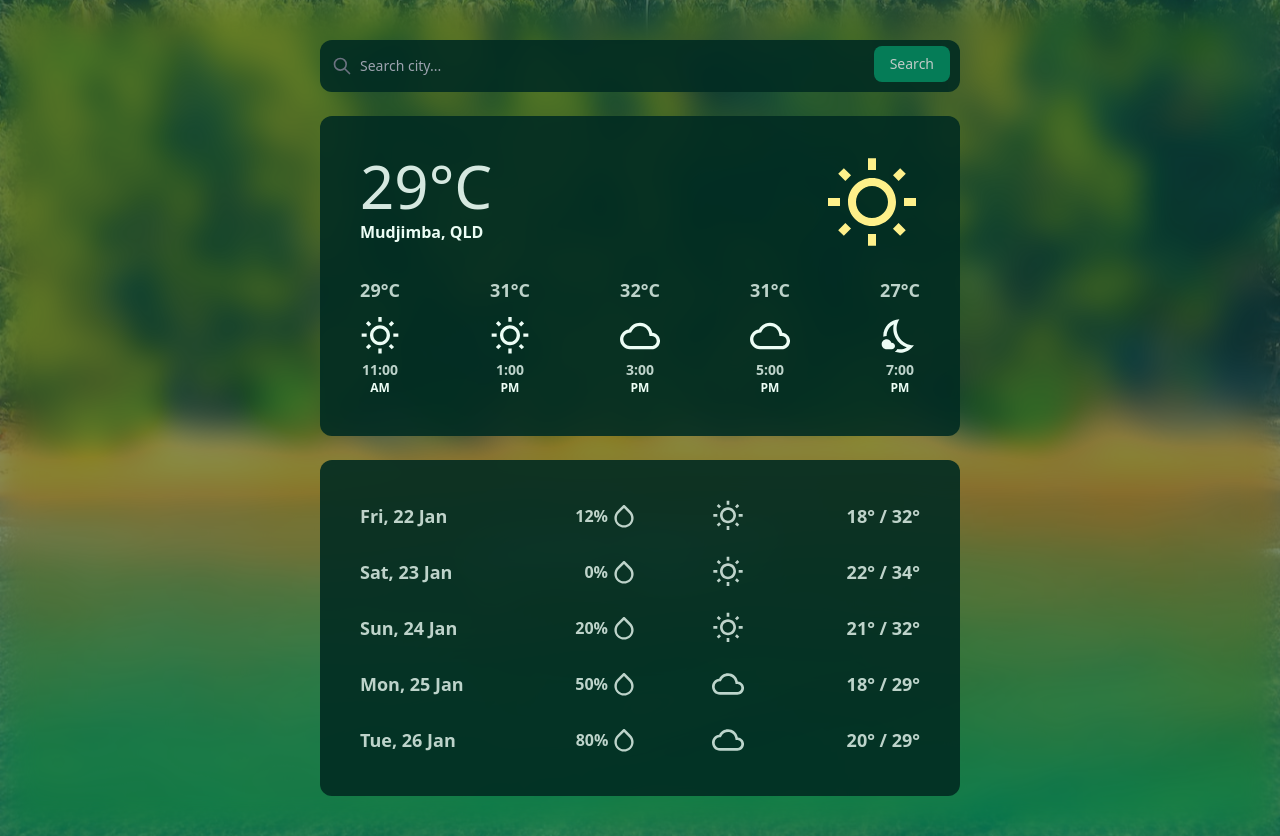
Repository: mikelCabezas/angular-exercices
Page: / (app in weather-app/)
The author's editor kept a copy of each file at every save. The page is drawn from the files as they stood at one save, then again after the next save.
The browser window is 1280 px wide. The pictures show the whole page.
The project was rebuilt for these pictures with package versions that can differ from the ones it lists, and the page was loaded fresh each time. Also part of the build but not shown: weather-app/angular.json.

Above is the page before, as saved 2023-09-18 18:41:33.

### weather-app/src/styles.css
@tailwind base;
@tailwind components;
@tailwind utilities;

body {
    background-image: url('./assets/sunset-beach.jpeg');
    background-position: center;
}

### weather-app/src/app/app.module.ts
import { NgModule } from '@angular/core';
import { BrowserModule } from '@angular/platform-browser';
import { FormsModule } from '@angular/forms';
import { HttpClientModule } from '@angular/common/http'

import { AppComponent } from './app.component';
import { DashboardComponent } from './components/dashboard/dashboard.component';

@NgModule({
  declarations: [
    AppComponent,
    DashboardComponent
  ],
  imports: [
    BrowserModule,
    FormsModule,
    HttpClientModule
  ],
  providers: [],
  bootstrap: [AppComponent]
})
export class AppModule { }

### weather-app/src/app/components/dashboard/dashboard.component.ts
import { Component, OnInit } from '@angular/core';
import { WeatherService } from 'src/app/services/weather.service';

@Component({
  selector: 'app-dashboard',
  templateUrl: './dashboard.component.html',
  styleUrls: ['./dashboard.component.css']
})
export class DashboardComponent implements OnInit {
  city = ''
  currentTemperature = 0
  currentHumidity = 0
  currentWeather = ''

  temperatureAfter3h = 0
  humidityAfter3h = 0
  weatherAfter3h = ''

  time1h = ''
  time2h = ''
  time3h = ''
  time4h = ''
  time5h = ''

  query = false
  loader = false

  constructor(private _weatherService: WeatherService) {

  }

  ngOnInit() { }

  getWeather() {
    this.query = false
    this.loader = true
    this._weatherService.getWeather(this.city).subscribe(data => {
      const date1h = new Date(data.list[0].dt * 1000);
      const date2h = new Date(data.list[1].dt * 1000);
      const date3h = new Date(data.list[2].dt * 1000);
      const date4h = new Date(data.list[3].dt * 1000);
      const date5h = new Date(data.list[4].dt * 1000);
      this.loader = false
      this.time1h = `${date1h.getHours()}:00`
      this.time2h = `${date2h.getHours()}:00`
      this.time3h = `${date3h.getHours()}:00`
      this.time4h = `${date4h.getHours()}:00`
      this.time5h = `${date5h.getHours()}:00`
      console.log(data)
      console.log(this.time1h, this.time2h, this.time3h, this.time4h, this.time5h)
    })
  }
}

### weather-app/src/app/app.component.html
<app-dashboard/>

### weather-app/src/app/components/dashboard/dashboard.component.html
<div class="flex flex-col items-center justify-center w-screen min-h-screen text-emerald-50/80 p-10 bg-teal-900/50 backdrop-saturate-200 backdrop-blur-lg">
    <div class="w-full max-w-screen-sm  rounded-xl">
        <form>
            <label for="default-search" class="mb-2 text-sm font-medium text-gray-900 sr-only dark:text-gray-300">Search</label>
            <div class="relative">
                <div class="flex absolute inset-y-0 left-0 items-center pl-3 pointer-events-none">
                    <svg
                        class="w-5 h-5 text-gray-500 dark:text-gray-400"
                        fill="none"
                        stroke="currentColor"
                        viewBox="0 0 24 24"
                        xmlns="http://www.w3.org/2000/svg"
                    >
                        <path
                            stroke-linecap="round"
                            stroke-linejoin="round"
                            stroke-width="2"
                            d="M21 21l-6-6m2-5a7 7 0 11-14 0 7 7 0 0114 0z"
                        ></path>
                    </svg>
                </div>
                <input
                    [(ngModel)]="city"
                    type="search"
                    id="city"
                    name="city"
                    class="block p-4 pl-10 w-full text-sm text-emerald-50 bg-emerald-950/90 rounded-xl  focus:ring-emmerald-400 focus:border-emmerald-400"
                    placeholder="Search city..."
                    required
                >
                <button type="submit" class="text-white absolute right-2.5 bottom-2.5 bg-emerald-600 disabled:opacity-75 hover:bg-emerald-800 focus:ring-4 focus:outline-none focus:ring-blue-300 font-medium rounded-lg text-sm px-4 py-2 transition-all" (click)="getWeather()" [disabled]="city === ''">Search</button>
            </div>
        </form>
    </div>
    <div *ngIf="loader" role="status" class="bg-emerald-950/90 rounded-xl p-4 mt-6">
        <svg aria-hidden="true" class="w-8 h-8 text-gray-200 animate-spin dark:text-gray-600 fill-emerald-500" viewBox="0 0 100 101" fill="none" xmlns="http://www.w3.org/2000/svg">
            <path d="M100 50.5908C100 78.2051 77.6142 100.591 50 100.591C22.3858 100.591 0 78.2051 0 50.5908C0 22.9766 22.3858 0.59082 50 0.59082C77.6142 0.59082 100 22.9766 100 50.5908ZM9.08144 50.5908C9.08144 73.1895 27.4013 91.5094 50 91.5094C72.5987 91.5094 90.9186 73.1895 90.9186 50.5908C90.9186 27.9921 72.5987 9.67226 50 9.67226C27.4013 9.67226 9.08144 27.9921 9.08144 50.5908Z" fill="currentColor"/>
            <path d="M93.9676 39.0409C96.393 38.4038 97.8624 35.9116 97.0079 33.5539C95.2932 28.8227 92.871 24.3692 89.8167 20.348C85.8452 15.1192 80.8826 10.7238 75.2124 7.41289C69.5422 4.10194 63.2754 1.94025 56.7698 1.05124C51.7666 0.367541 46.6976 0.446843 41.7345 1.27873C39.2613 1.69328 37.813 4.19778 38.4501 6.62326C39.0873 9.04874 41.5694 10.4717 44.0505 10.1071C47.8511 9.54855 51.7191 9.52689 55.5402 10.0491C60.8642 10.7766 65.9928 12.5457 70.6331 15.2552C75.2735 17.9648 79.3347 21.5619 82.5849 25.841C84.9175 28.9121 86.7997 32.2913 88.1811 35.8758C89.083 38.2158 91.5421 39.6781 93.9676 39.0409Z" fill="currentFill"/>
        </svg>
        <span class="sr-only">Loading...</span>
    </div>
    <div class="w-full max-w-screen-sm bg-emerald-950/90 p-10 rounded-xl mt-6">
        <div class="flex justify-between">
            <div class="flex flex-col">
                <span class="text-6xl text-emerald-50/90 ">29°C</span>
                <span class="font-semibold mt-1 text-emerald-50">Mudjimba, QLD</span>
            </div>
            <svg
                class="h-24 w-24 fill-current text-yellow-200"
                xmlns="http://www.w3.org/2000/svg"
                height="24"
                viewBox="0 0 24 24"
                width="24"
            >
                <path d="M0 0h24v24H0V0z" fill="none"/>
                <path d="M6.76 4.84l-1.8-1.79-1.41 1.41 1.79 1.79zM1 10.5h3v2H1zM11 .55h2V3.5h-2zm8.04 2.495l1.408 1.407-1.79 1.79-1.407-1.408zm-1.8 15.115l1.79 1.8 1.41-1.41-1.8-1.79zM20 10.5h3v2h-3zm-8-5c-3.31 0-6 2.69-6 6s2.69 6 6 6 6-2.69 6-6-2.69-6-6-6zm0 10c-2.21 0-4-1.79-4-4s1.79-4 4-4 4 1.79 4 4-1.79 4-4 4zm-1 4h2v2.95h-2zm-7.45-.96l1.41 1.41 1.79-1.8-1.41-1.41z"/>
            </svg>
        </div>
        <div class="flex justify-between mt-6">
            <div class="flex flex-col items-center">
                <span class="font-semibold text-lg">29°C</span>
                <svg
                    class="h-10 w-10 fill-current text-emerald-50 mt-3"
                    xmlns="http://www.w3.org/2000/svg"
                    height="24"
                    viewBox="0 0 24 24"
                    width="24"
                >
                    <path d="M0 0h24v24H0V0z" fill="none"/>
                    <path d="M6.76 4.84l-1.8-1.79-1.41 1.41 1.79 1.79zM1 10.5h3v2H1zM11 .55h2V3.5h-2zm8.04 2.495l1.408 1.407-1.79 1.79-1.407-1.408zm-1.8 15.115l1.79 1.8 1.41-1.41-1.8-1.79zM20 10.5h3v2h-3zm-8-5c-3.31 0-6 2.69-6 6s2.69 6 6 6 6-2.69 6-6-2.69-6-6-6zm0 10c-2.21 0-4-1.79-4-4s1.79-4 4-4 4 1.79 4 4-1.79 4-4 4zm-1 4h2v2.95h-2zm-7.45-.96l1.41 1.41 1.79-1.8-1.41-1.41z"/>
                </svg>
                <span class="font-semibold mt-1 text-sm">11:00</span>
                <span class="text-xs font-semibold text-emerald-50">AM</span>
            </div>
            <div class="flex flex-col items-center">
                <span class="font-semibold text-lg">31°C</span>
                <svg
                    class="h-10 w-10 fill-current text-emerald-50 mt-3"
                    xmlns="http://www.w3.org/2000/svg"
                    height="24"
                    viewBox="0 0 24 24"
                    width="24"
                >
                    <path d="M0 0h24v24H0V0z" fill="none"/>
                    <path d="M6.76 4.84l-1.8-1.79-1.41 1.41 1.79 1.79zM1 10.5h3v2H1zM11 .55h2V3.5h-2zm8.04 2.495l1.408 1.407-1.79 1.79-1.407-1.408zm-1.8 15.115l1.79 1.8 1.41-1.41-1.8-1.79zM20 10.5h3v2h-3zm-8-5c-3.31 0-6 2.69-6 6s2.69 6 6 6 6-2.69 6-6-2.69-6-6-6zm0 10c-2.21 0-4-1.79-4-4s1.79-4 4-4 4 1.79 4 4-1.79 4-4 4zm-1 4h2v2.95h-2zm-7.45-.96l1.41 1.41 1.79-1.8-1.41-1.41z"/>
                </svg>
                <span class="font-semibold mt-1 text-sm">1:00</span>
                <span class="text-xs font-semibold text-emerald-50">PM</span>
            </div>
            <div class="flex flex-col items-center">
                <span class="font-semibold text-lg">32°C</span>
                <svg
                    class="h-10 w-10 fill-current text-emerald-50 mt-3"
                    xmlns="http://www.w3.org/2000/svg"
                    height="24"
                    viewBox="0 0 24 24"
                    width="24"
                >
                    <path d="M0 0h24v24H0V0z" fill="none"/>
                    <path d="M12.01 6c2.61 0 4.89 1.86 5.4 4.43l.3 1.5 1.52.11c1.56.11 2.78 1.41 2.78 2.96 0 1.65-1.35 3-3 3h-13c-2.21 0-4-1.79-4-4 0-2.05 1.53-3.76 3.56-3.97l1.07-.11.5-.95C8.08 7.14 9.95 6 12.01 6m0-2C9.12 4 6.6 5.64 5.35 8.04 2.35 8.36.01 10.91.01 14c0 3.31 2.69 6 6 6h13c2.76 0 5-2.24 5-5 0-2.64-2.05-4.78-4.64-4.96C18.68 6.59 15.65 4 12.01 4z"/>
                </svg>
                <span class="font-semibold mt-1 text-sm">3:00</span>
                <span class="text-xs font-semibold text-emerald-50">PM</span>
            </div>
            <div class="flex flex-col items-center">
                <span class="font-semibold text-lg">31°C</span>
                <svg
                    class="h-10 w-10 fill-current text-emerald-50 mt-3"
                    xmlns="http://www.w3.org/2000/svg"
                    height="24"
                    viewBox="0 0 24 24"
                    width="24"
                >
                    <path d="M0 0h24v24H0V0z" fill="none"/>
                    <path d="M12.01 6c2.61 0 4.89 1.86 5.4 4.43l.3 1.5 1.52.11c1.56.11 2.78 1.41 2.78 2.96 0 1.65-1.35 3-3 3h-13c-2.21 0-4-1.79-4-4 0-2.05 1.53-3.76 3.56-3.97l1.07-.11.5-.95C8.08 7.14 9.95 6 12.01 6m0-2C9.12 4 6.6 5.64 5.35 8.04 2.35 8.36.01 10.91.01 14c0 3.31 2.69 6 6 6h13c2.76 0 5-2.24 5-5 0-2.64-2.05-4.78-4.64-4.96C18.68 6.59 15.65 4 12.01 4z"/>
                </svg>
                <span class="font-semibold mt-1 text-sm">5:00</span>
                <span class="text-xs font-semibold text-emerald-50">PM</span>
            </div>
            <div class="flex flex-col items-center">
                <span class="font-semibold text-lg">27°C</span>
                <svg
                    class="h-10 w-10 fill-current text-emerald-50 mt-3"
                    xmlns="http://www.w3.org/2000/svg"
                    enable-background="new 0 0 24 24"
                    height="24"
                    viewBox="0 0 24 24"
                    width="24"
                >
                    <g>
                        <rect fill="none" height="24" width="24"/>
                    </g>
                    <g>
                        <g>
                            <path d="M19.78,17.51c-2.47,0-6.57-1.33-8.68-5.43C8.77,7.57,10.6,3.6,11.63,2.01C6.27,2.2,1.98,6.59,1.98,12 c0,0.14,0.02,0.28,0.02,0.42C2.61,12.16,3.28,12,3.98,12c0,0,0,0,0,0c0-3.09,1.73-5.77,4.3-7.1C7.78,7.09,7.74,9.94,9.32,13 c1.57,3.04,4.18,4.95,6.8,5.86c-1.23,0.74-2.65,1.15-4.13,1.15c-0.5,0-1-0.05-1.48-0.14c-0.37,0.7-0.94,1.27-1.64,1.64 c0.98,0.32,2.03,0.5,3.11,0.5c3.5,0,6.58-1.8,8.37-4.52C20.18,17.5,19.98,17.51,19.78,17.51z"/>
                            <path d="M7,16l-0.18,0C6.4,14.84,5.3,14,4,14c-1.66,0-3,1.34-3,3s1.34,3,3,3c0.62,0,2.49,0,3,0c1.1,0,2-0.9,2-2 C9,16.9,8.1,16,7,16z"/>
                        </g>
                    </g>
                </svg>
                <span class="font-semibold mt-1 text-sm">7:00</span>
                <span class="text-xs font-semibold text-emerald-50">PM</span>
            </div>
        </div>
    </div>
    <div class="flex flex-col space-y-6 w-full max-w-screen-sm bg-emerald-950/90 p-10 mt-6 rounded-xl">
        <div class="flex justify-between items-center">
            <span class="font-semibold text-lg w-1/4">Fri, 22 Jan</span>
            <div class="flex items-center justify-end w-1/4 pr-10">
                <span class="font-semibold">12%</span>
                <svg
                    class="w-6 h-6 fill-current ml-1"
                    viewBox="0 0 16 20"
                    version="1.1"
                    xmlns="http://www.w3.org/2000/svg"
                >
                    <g transform="matrix(1,0,0,1,-4,-2)">
                        <path d="M17.66,8L12.71,3.06C12.32,2.67 11.69,2.67 11.3,3.06L6.34,8C4.78,9.56 4,11.64 4,13.64C4,15.64 4.78,17.75 6.34,19.31C7.9,20.87 9.95,21.66 12,21.66C14.05,21.66 16.1,20.87 17.66,19.31C19.22,17.75 20,15.64 20,13.64C20,11.64 19.22,9.56 17.66,8ZM6,14C6.01,12 6.62,10.73 7.76,9.6L12,5.27L16.24,9.65C17.38,10.77 17.99,12 18,14C18.016,17.296 14.96,19.809 12,19.74C9.069,19.672 5.982,17.655 6,14Z" style="fill-rule:nonzero;"/>
                    </g>
                </svg>
            </div>
            <svg
                class="h-8 w-8 fill-current w-1/4"
                xmlns="http://www.w3.org/2000/svg"
                height="24"
                viewBox="0 0 24 24"
                width="24"
            >
                <path d="M0 0h24v24H0V0z" fill="none"/>
                <path d="M6.76 4.84l-1.8-1.79-1.41 1.41 1.79 1.79zM1 10.5h3v2H1zM11 .55h2V3.5h-2zm8.04 2.495l1.408 1.407-1.79 1.79-1.407-1.408zm-1.8 15.115l1.79 1.8 1.41-1.41-1.8-1.79zM20 10.5h3v2h-3zm-8-5c-3.31 0-6 2.69-6 6s2.69 6 6 6 6-2.69 6-6-2.69-6-6-6zm0 10c-2.21 0-4-1.79-4-4s1.79-4 4-4 4 1.79 4 4-1.79 4-4 4zm-1 4h2v2.95h-2zm-7.45-.96l1.41 1.41 1.79-1.8-1.41-1.41z"/>
            </svg>
            <span class="font-semibold text-lg w-1/4 text-right">18° / 32°</span>
        </div>
        <div class="flex justify-between items-center">
            <span class="font-semibold text-lg w-1/4">Sat, 23 Jan</span>
            <div class="flex items-center justify-end pr-10 w-1/4">
                <span class="font-semibold">0%</span>
                <svg
                    class="w-6 h-6 fill-current ml-1"
                    viewBox="0 0 16 20"
                    version="1.1"
                    xmlns="http://www.w3.org/2000/svg"
                >
                    <g transform="matrix(1,0,0,1,-4,-2)">
                        <path d="M17.66,8L12.71,3.06C12.32,2.67 11.69,2.67 11.3,3.06L6.34,8C4.78,9.56 4,11.64 4,13.64C4,15.64 4.78,17.75 6.34,19.31C7.9,20.87 9.95,21.66 12,21.66C14.05,21.66 16.1,20.87 17.66,19.31C19.22,17.75 20,15.64 20,13.64C20,11.64 19.22,9.56 17.66,8ZM6,14C6.01,12 6.62,10.73 7.76,9.6L12,5.27L16.24,9.65C17.38,10.77 17.99,12 18,14C18.016,17.296 14.96,19.809 12,19.74C9.069,19.672 5.982,17.655 6,14Z" style="fill-rule:nonzero;"/>
                    </g>
                </svg>
            </div>
            <svg
                class="h-8 w-8 fill-current w-1/4"
                xmlns="http://www.w3.org/2000/svg"
                height="24"
                viewBox="0 0 24 24"
                width="24"
            >
                <path d="M0 0h24v24H0V0z" fill="none"/>
                <path d="M6.76 4.84l-1.8-1.79-1.41 1.41 1.79 1.79zM1 10.5h3v2H1zM11 .55h2V3.5h-2zm8.04 2.495l1.408 1.407-1.79 1.79-1.407-1.408zm-1.8 15.115l1.79 1.8 1.41-1.41-1.8-1.79zM20 10.5h3v2h-3zm-8-5c-3.31 0-6 2.69-6 6s2.69 6 6 6 6-2.69 6-6-2.69-6-6-6zm0 10c-2.21 0-4-1.79-4-4s1.79-4 4-4 4 1.79 4 4-1.79 4-4 4zm-1 4h2v2.95h-2zm-7.45-.96l1.41 1.41 1.79-1.8-1.41-1.41z"/>
            </svg>
            <span class="font-semibold text-lg w-1/4 text-right">22° / 34°</span>
        </div>
        <div class="flex justify-between items-center">
            <span class="font-semibold text-lg w-1/4">Sun, 24 Jan</span>
            <div class="flex items-center justify-end pr-10 w-1/4">
                <span class="font-semibold">20%</span>
                <svg
                    class="w-6 h-6 fill-current ml-1"
                    viewBox="0 0 16 20"
                    version="1.1"
                    xmlns="http://www.w3.org/2000/svg"
                >
                    <g transform="matrix(1,0,0,1,-4,-2)">
                        <path d="M17.66,8L12.71,3.06C12.32,2.67 11.69,2.67 11.3,3.06L6.34,8C4.78,9.56 4,11.64 4,13.64C4,15.64 4.78,17.75 6.34,19.31C7.9,20.87 9.95,21.66 12,21.66C14.05,21.66 16.1,20.87 17.66,19.31C19.22,17.75 20,15.64 20,13.64C20,11.64 19.22,9.56 17.66,8ZM6,14C6.01,12 6.62,10.73 7.76,9.6L12,5.27L16.24,9.65C17.38,10.77 17.99,12 18,14C18.016,17.296 14.96,19.809 12,19.74C9.069,19.672 5.982,17.655 6,14Z" style="fill-rule:nonzero;"/>
                    </g>
                </svg>
            </div>
            <svg
                class="h-8 w-8 fill-current w-1/4"
                xmlns="http://www.w3.org/2000/svg"
                height="24"
                viewBox="0 0 24 24"
                width="24"
            >
                <path d="M0 0h24v24H0V0z" fill="none"/>
                <path d="M6.76 4.84l-1.8-1.79-1.41 1.41 1.79 1.79zM1 10.5h3v2H1zM11 .55h2V3.5h-2zm8.04 2.495l1.408 1.407-1.79 1.79-1.407-1.408zm-1.8 15.115l1.79 1.8 1.41-1.41-1.8-1.79zM20 10.5h3v2h-3zm-8-5c-3.31 0-6 2.69-6 6s2.69 6 6 6 6-2.69 6-6-2.69-6-6-6zm0 10c-2.21 0-4-1.79-4-4s1.79-4 4-4 4 1.79 4 4-1.79 4-4 4zm-1 4h2v2.95h-2zm-7.45-.96l1.41 1.41 1.79-1.8-1.41-1.41z"/>
            </svg>
            <span class="font-semibold text-lg w-1/4 text-right">21° / 32°</span>
        </div>
        <div class="flex justify-between items-center">
            <span class="font-semibold text-lg w-1/4">Mon, 25 Jan</span>
            <div class="flex items-center justify-end pr-10 w-1/4">
                <span class="font-semibold">50%</span>
                <svg
                    class="w-6 h-6 fill-current ml-1"
                    viewBox="0 0 16 20"
                    version="1.1"
                    xmlns="http://www.w3.org/2000/svg"
                >
                    <g transform="matrix(1,0,0,1,-4,-2)">
                        <path d="M17.66,8L12.71,3.06C12.32,2.67 11.69,2.67 11.3,3.06L6.34,8C4.78,9.56 4,11.64 4,13.64C4,15.64 4.78,17.75 6.34,19.31C7.9,20.87 9.95,21.66 12,21.66C14.05,21.66 16.1,20.87 17.66,19.31C19.22,17.75 20,15.64 20,13.64C20,11.64 19.22,9.56 17.66,8ZM6,14C6.01,12 6.62,10.73 7.76,9.6L12,5.27L16.24,9.65C17.38,10.77 17.99,12 18,14C18.016,17.296 14.96,19.809 12,19.74C9.069,19.672 5.982,17.655 6,14Z" style="fill-rule:nonzero;"/>
                    </g>
                </svg>
            </div>
            <svg
                class="h-8 w-8 fill-current w-1/4"
                xmlns="http://www.w3.org/2000/svg"
                height="24"
                viewBox="0 0 24 24"
                width="24"
            >
                <path d="M0 0h24v24H0V0z" fill="none"/>
                <path d="M12.01 6c2.61 0 4.89 1.86 5.4 4.43l.3 1.5 1.52.11c1.56.11 2.78 1.41 2.78 2.96 0 1.65-1.35 3-3 3h-13c-2.21 0-4-1.79-4-4 0-2.05 1.53-3.76 3.56-3.97l1.07-.11.5-.95C8.08 7.14 9.95 6 12.01 6m0-2C9.12 4 6.6 5.64 5.35 8.04 2.35 8.36.01 10.91.01 14c0 3.31 2.69 6 6 6h13c2.76 0 5-2.24 5-5 0-2.64-2.05-4.78-4.64-4.96C18.68 6.59 15.65 4 12.01 4z"/>
            </svg>
            <span class="font-semibold text-lg w-1/4 text-right">18° / 29°</span>
        </div>
        <div class="flex justify-between items-center">
            <span class="font-semibold text-lg w-1/4">Tue, 26 Jan</span>
            <div class="flex items-center justify-center w-1/4">
                <span class="font-semibold">80%</span>
                <svg
                    class="w-6 h-6 fill-current ml-1"
                    viewBox="0 0 16 20"
                    version="1.1"
                    xmlns="http://www.w3.org/2000/svg"
                >
                    <g transform="matrix(1,0,0,1,-4,-2)">
                        <path d="M17.66,8L12.71,3.06C12.32,2.67 11.69,2.67 11.3,3.06L6.34,8C4.78,9.56 4,11.64 4,13.64C4,15.64 4.78,17.75 6.34,19.31C7.9,20.87 9.95,21.66 12,21.66C14.05,21.66 16.1,20.87 17.66,19.31C19.22,17.75 20,15.64 20,13.64C20,11.64 19.22,9.56 17.66,8ZM6,14C6.01,12 6.62,10.73 7.76,9.6L12,5.27L16.24,9.65C17.38,10.77 17.99,12 18,14C18.016,17.296 14.96,19.809 12,19.74C9.069,19.672 5.982,17.655 6,14Z" style="fill-rule:nonzero;"/>
                    </g>
                </svg>
            </div>
            <svg
                class="h-8 w-8 fill-current w-1/4"
                xmlns="http://www.w3.org/2000/svg"
                height="24"
                viewBox="0 0 24 24"
                width="24"
            >
                <path d="M0 0h24v24H0V0z" fill="none"/>
                <path d="M12.01 6c2.61 0 4.89 1.86 5.4 4.43l.3 1.5 1.52.11c1.56.11 2.78 1.41 2.78 2.96 0 1.65-1.35 3-3 3h-13c-2.21 0-4-1.79-4-4 0-2.05 1.53-3.76 3.56-3.97l1.07-.11.5-.95C8.08 7.14 9.95 6 12.01 6m0-2C9.12 4 6.6 5.64 5.35 8.04 2.35 8.36.01 10.91.01 14c0 3.31 2.69 6 6 6h13c2.76 0 5-2.24 5-5 0-2.64-2.05-4.78-4.64-4.96C18.68 6.59 15.65 4 12.01 4z"/>
            </svg>
            <span class="font-semibold text-lg w-1/4 text-right">20° / 29°</span>
        </div>
    </div>
    <!-- Component End  -->
</div>

### weather-app/src/app/services/weather.service.ts
import { HttpClient } from '@angular/common/http';
import { Injectable } from '@angular/core';
import { Observable } from 'rxjs';

@Injectable({
  providedIn: 'root'
})
export class WeatherService {
  url = 'https://api.openweathermap.org/data/2.5/forecast?'

  weatherApiKey = '09e76f098a33472816440015ec15a8a2'
  constructor(private http: HttpClient) {
  }
  getWeather(city: string): Observable<any> {
    const URL = `${this.url}q=${city}&appid=${this.weatherApiKey}`
    return this.http.get(URL)
  }
}

Loaded but not shown: weather-app/src/index.html (common file); weather-app/src/main.ts (common file); weather-app/src/app/app.component.ts (common file); weather-app/tailwind.config.js (common file); weather-app/src/app/app.component.css (no stored copy; drawn as an empty file); weather-app/src/app/components/dashboard/dashboard.component.css (no stored copy; drawn as an empty file)

After the next save:
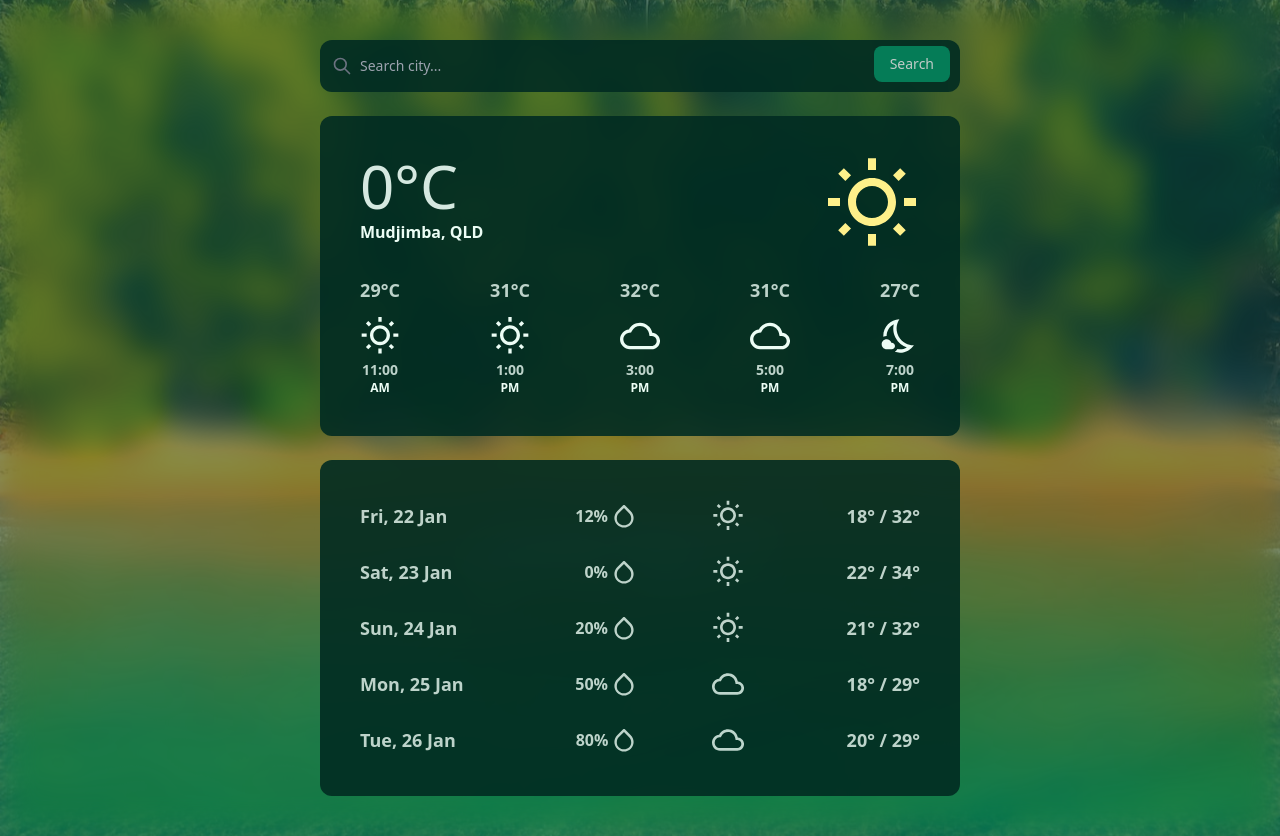
Saved 2 min 37 s later.
--- a/weather-app/src/app/components/dashboard/dashboard.component.html
+++ b/weather-app/src/app/components/dashboard/dashboard.component.html
@@ -42,7 +42,7 @@
     <div class="w-full max-w-screen-sm bg-emerald-950/90 p-10 rounded-xl mt-6">
         <div class="flex justify-between">
             <div class="flex flex-col">
-                <span class="text-6xl text-emerald-50/90 ">29°C</span>
+                <span class="text-6xl text-emerald-50/90 ">{{currentTemperature}}°C</span>
                 <span class="font-semibold mt-1 text-emerald-50">Mudjimba, QLD</span>
             </div>
             <svg
